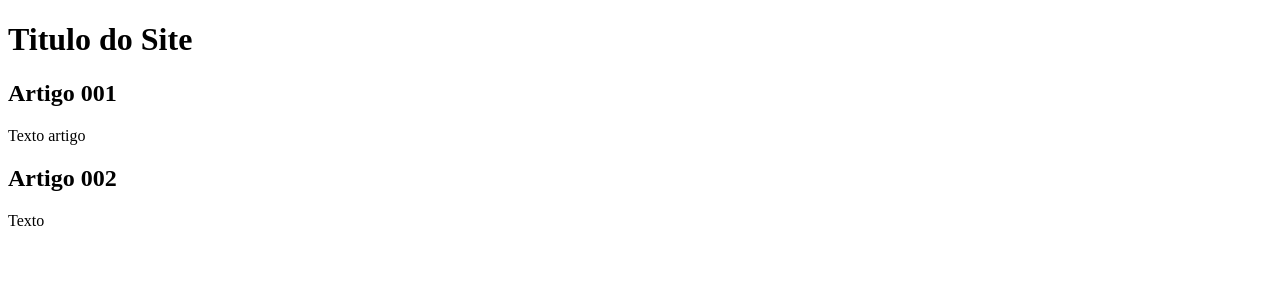
Repository: robertacristinaabreu01/projeto-siteGitHub
Page: index.html
An editor plug-in stored every save of this project. The page is shown before and after a run of saves, followed by the edit.
The browser window is 1280 px wide. The pictures show the whole page.

Above is the page before, as saved 2021-01-23 21:10:25.

After the next 4 saves:
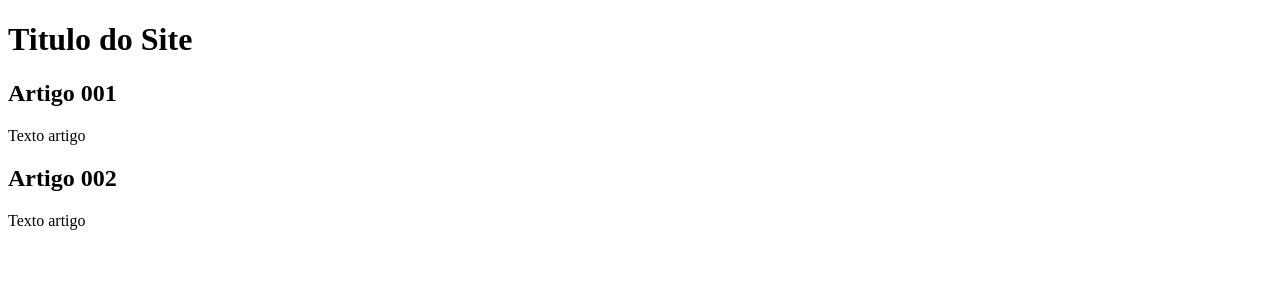
The 4 saves are shown as one change because they came seconds apart.
The last was saved 10 s later.
--- a/index.html
+++ b/index.html
@@ -16,7 +16,7 @@
         </article>
         <article>
             <h1>Artigo 002</h1>
-            <p>Texto
+            <p>Texto artigo</p>
         </article>
 
     </main>
